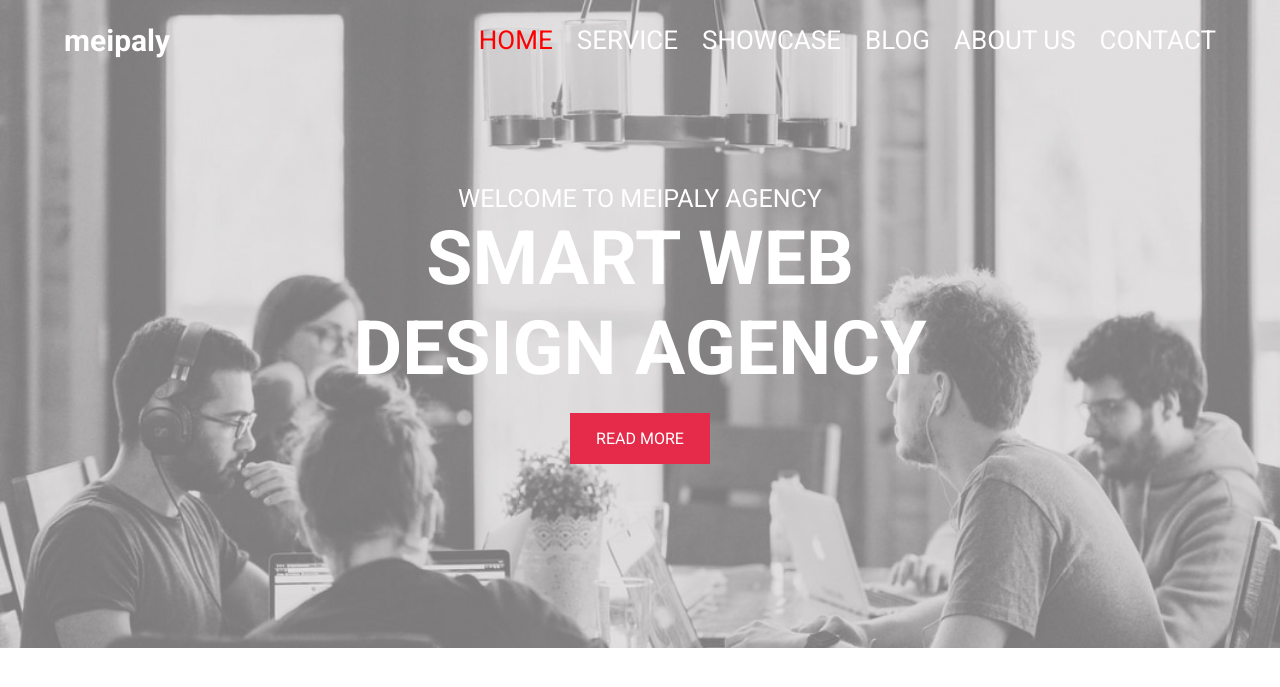
Repository: ducdatit2002/meipaly
Page: index.html
An editor plug-in stored every save of this project. The page is shown before and after the next save, followed by the edit.
The browser window is 1280 px wide. The pictures show the whole page.
The pointer rests on the first visible `.banner__container button`.

Above is the page before, as saved 2023-07-10 20:33:43.

### index.html
<!DOCTYPE html>
<html lang="en">
  <head>
    <meta charset="UTF-8" />
    <meta name="viewport" content="width=device-width, initial-scale=1.0" />
    <title>Meipaly</title>
    <link rel="stylesheet" href="./index.css" />
    <link
      rel="stylesheet"
      href="https://cdnjs.cloudflare.com/ajax/libs/font-awesome/6.4.0/css/all.min.css"
      integrity="sha512-iecdLmaskl7CVkqkXNQ/ZH/XLlvWZOJyj7Yy7tcenmpD1ypASozpmT/E0iPtmFIB46ZmdtAc9eNBvH0H/ZpiBw=="
      crossorigin="anonymous"
      referrerpolicy="no-referrer"
    />
    <link rel="preconnect" href="https://fonts.googleapis.com">
    <link rel="preconnect" href="https://fonts.gstatic.com" crossorigin>
    <link
        href="https://fonts.googleapis.com/css2?family=Open+Sans:wght@300;400;500;600&family=Roboto:wght@300;400;500;700&display=swap"
        rel="stylesheet">
  </head>
  <body>
    <header>
      <div class="header__container">
        <span>meipaly</span>
        <nav>
            <a href="#" class="active">HOME</a>
            <a href="#">SERVICE</a>
            <a href="#">SHOWCASE</a>
            <a href="#">BLOG</a>
            <a href="#">ABOUT US</a>
            <a href="#">CONTACT</a>
        </nav>
      </div>
    </header>
    <section class="banner">
        <div class="banner__container">
            <p>WELCOME TO MEIPALY AGENCY</p>
            <h2>
                SMART WEB
                DESIGN AGENCY
            </h2>
            <button>READ MORE</button>
        </div>
    </section>
    <section class="carousel"></section>
    <section class="blog"></section>
    <section class="number"></section>
    <section class="experience"></section>
    <section class="contact"></section>
    <footer></footer>
  </body>
</html>

### index.css
*{
    padding: 0;
    margin: 0;
    box-sizing: border-box;
    font-family: 'Open Sans', sans-serif;
    font-family: 'Roboto', sans-serif;
}
/* flex => list */
header {
    position: absolute;
    width: 100%;
    display: flex;
    justify-content: center;
}
.header__container {
    height: 80px;
    display: flex;
    justify-content: space-between;
    align-items: center;
    width: 90%;
    max-width: 1200px;
}
/* Trục chính default là chiều ngang */
/* Justify-content: trục chính */
/* align-items: trục phụ */
header span {
    font-size: 30px;
    font-weight: 800;
    color: white;
}
header a {
    color: white;
    text-decoration: none;
    text-transform: uppercase;
    margin-left: 20px;
    font-size: 26px;
}
header .active {
    color: red;
}
/* BANNER */
.banner {
    background-image: url(./img/home_slider.jpg);
    height: 90vh;
    min-height: 500px;
    background-repeat: no-repeat;
    background-size: cover;
    background-position: center;
    /*  */
    display: flex;
    align-items: center;
    justify-content: center;
}
.banner__container {
    width: 600px;
    height: 400px;
    display: flex;
    flex-direction: column;
    /* chuyển trục chính từ ngang sang dọc */
    justify-content: center;
    align-items: center;
    color: white;
}
.banner__container p{
    font-size: 25px;
}
.banner__container h2 {
    font-size: 75px;
    line-height: 90px;
    text-align: center;
}
.banner__container button {
    font-size: 16px;
    margin-top: 20px;
    padding: 15px 25px;
    background-color: #e62b4a;
    color: white;
    border: 1px solid #e62b4a;
    cursor: pointer;
    transition: all 0.5s;
}
.banner__container button:hover {
    background-color: #;
}

After the next save:
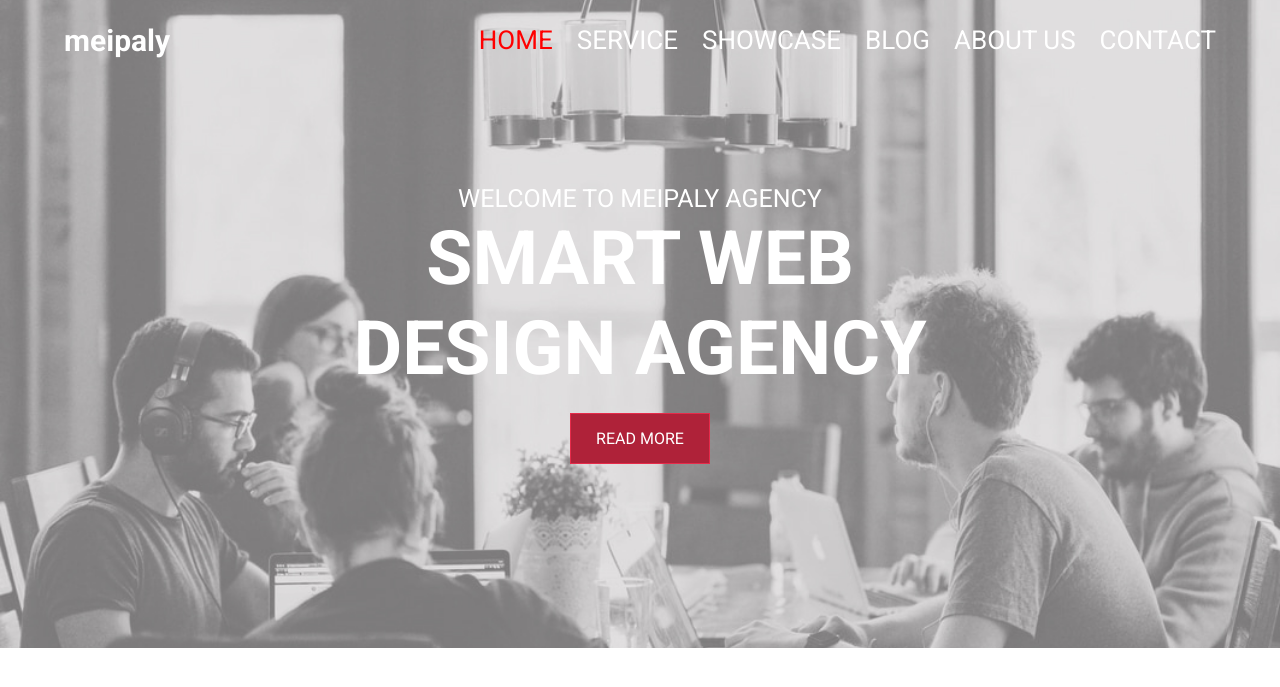
Saved 5 s later.
--- a/index.css
+++ b/index.css
@@ -80,5 +80,5 @@
     transition: all 0.5s;
 }
 .banner__container button:hover {
-    background-color: #;
+    background-color: #af2239;
 }
